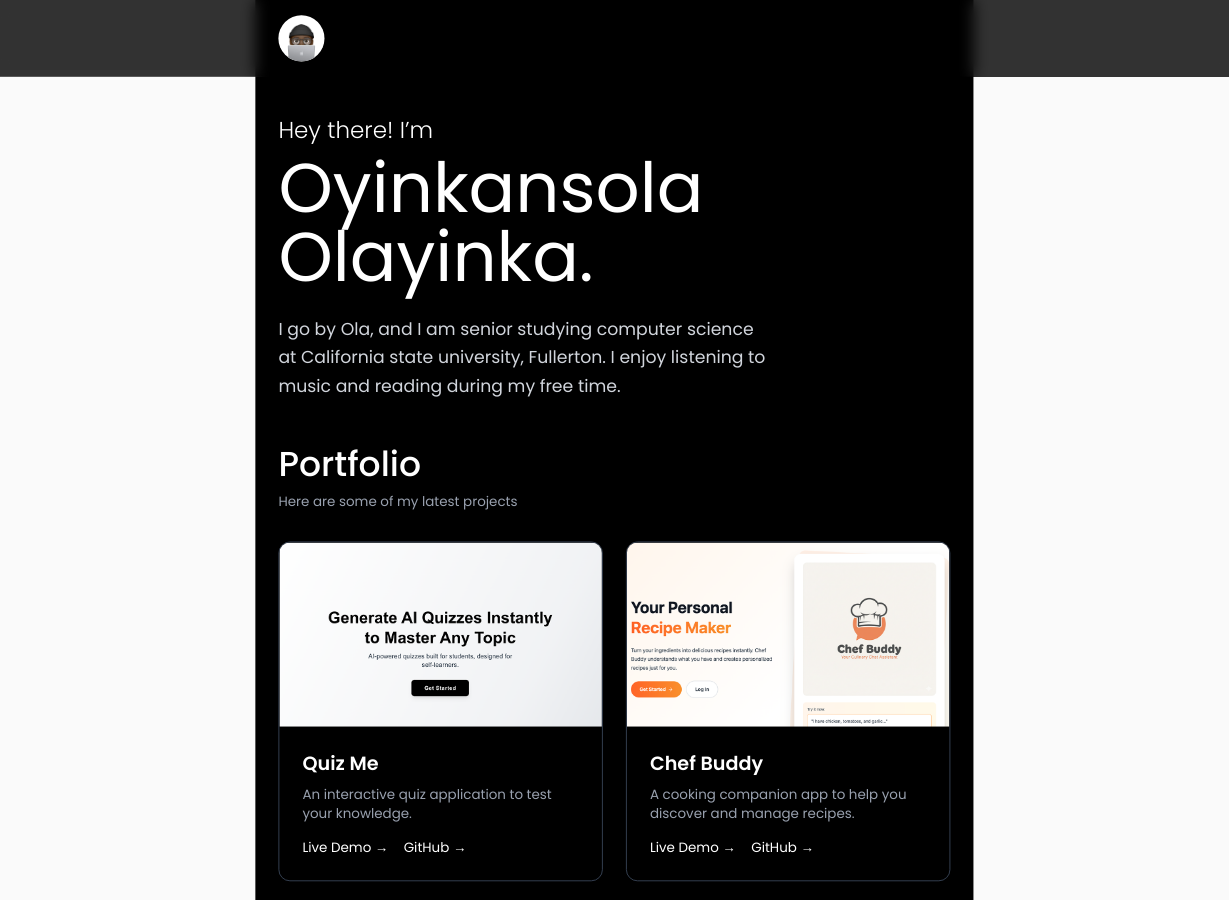
Repository: olasores/olasores-portfolio
Page: /
The author's editor kept a copy of each file at every save. The page is drawn from the files as they stood at one save, then again after the next save.
The browser window is 1280 px wide. The pictures show the whole page, at 96% of full size.
The project was rebuilt for these pictures with package versions that can differ from the ones it lists, and the page was loaded fresh each time. The framework's server and built-in components were replaced by stand-ins that run in the browser. Also part of the build but not shown: next.config.ts.

Above is the page before, as saved 2025-11-11 13:09:11.

After the next save:
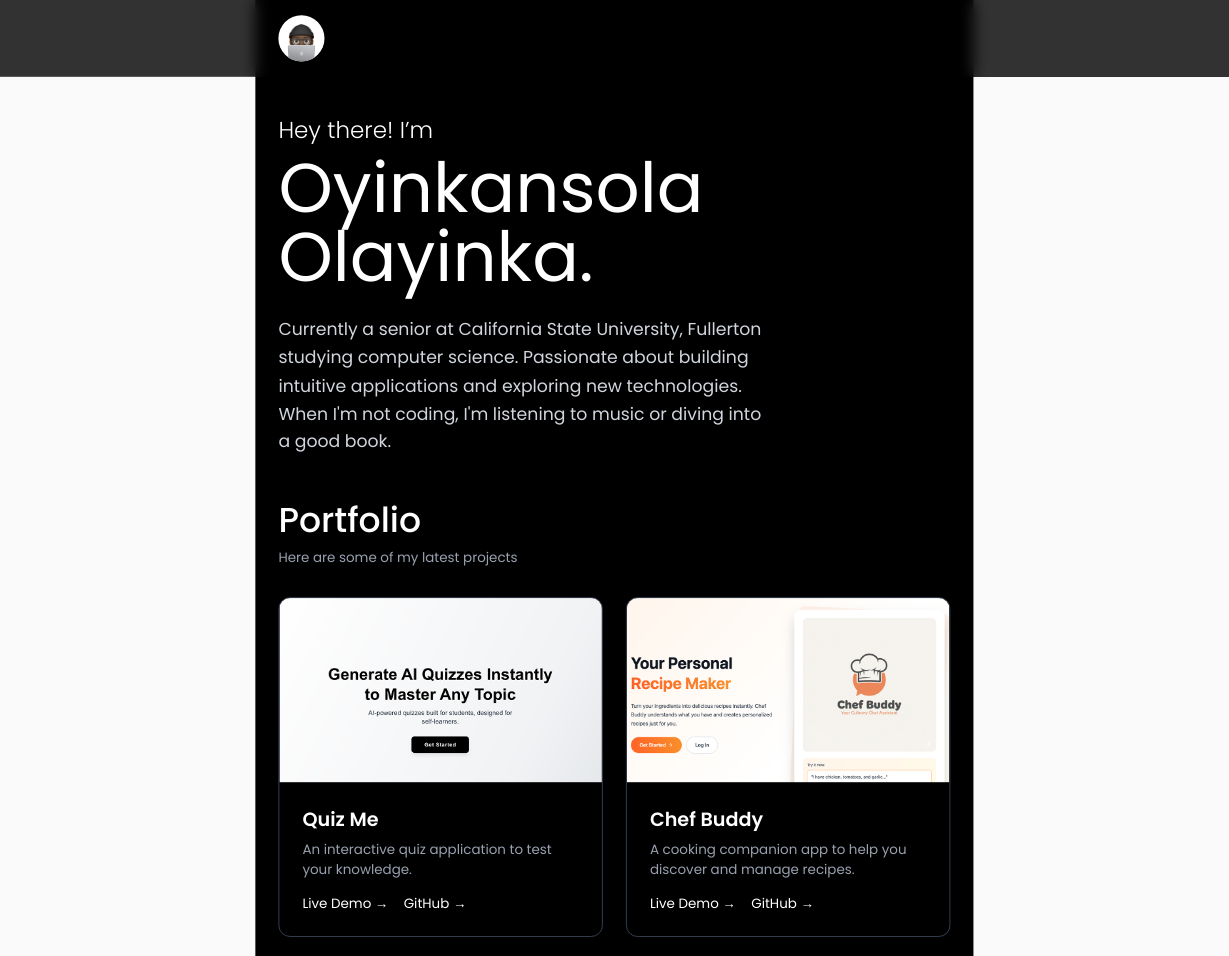
Saved 28 s later.
--- a/app/components/HomeSection.tsx
+++ b/app/components/HomeSection.tsx
@@ -15,7 +15,7 @@ export default function HomeSection() {
                     </div>
 
                     <p className="text-base md:text-lg text-gray-300 leading-relaxed max-w-lg">
-                        I go by Ola, and I am senior studying computer science at California state university, Fullerton. I enjoy listening to music and reading during my free time.
+                        Currently a senior at California State University, Fullerton studying computer science. Passionate about building intuitive applications and exploring new technologies. When I'm not coding, I'm listening to music or diving into a good book.
                     </p>
 
                     {/* Links */}
